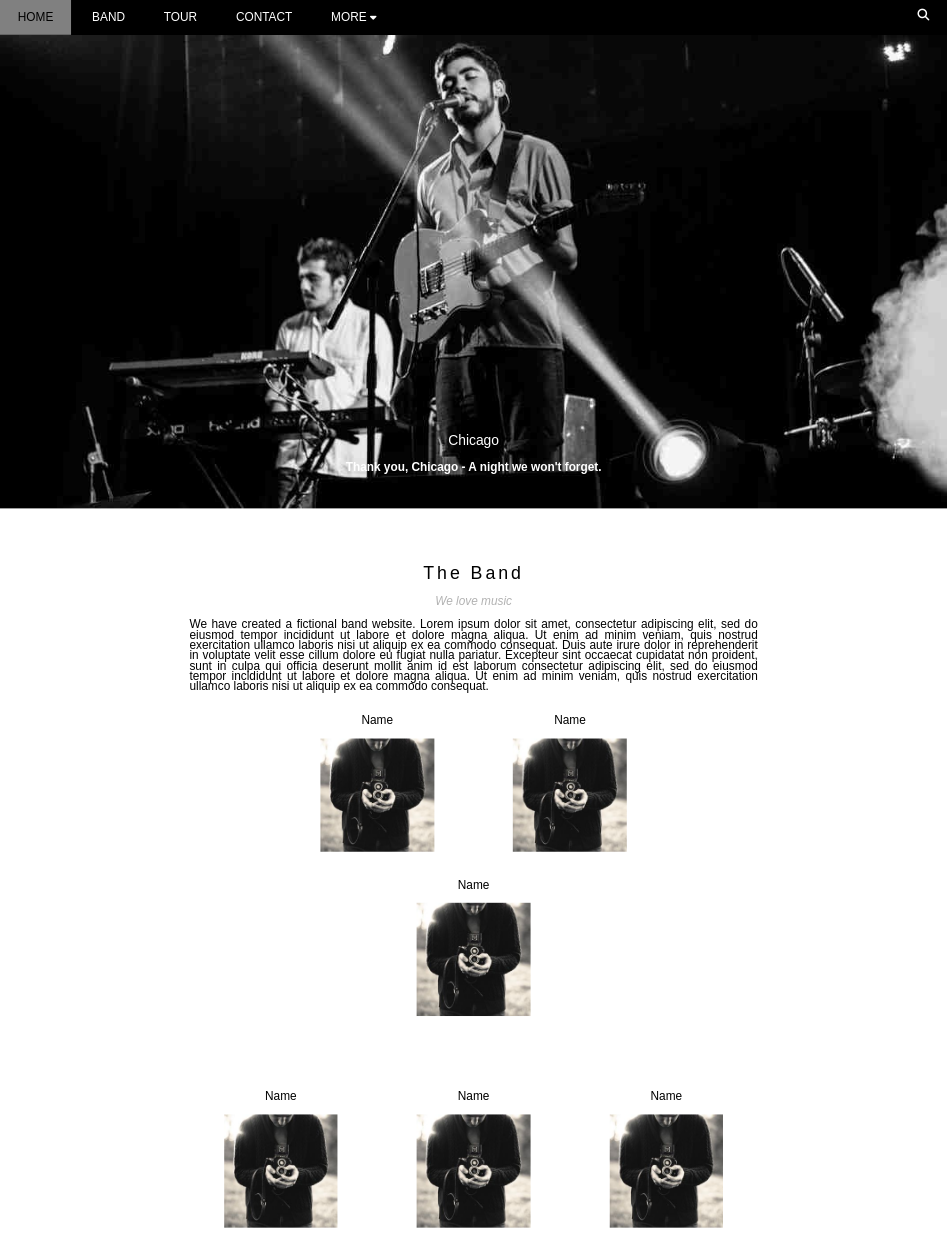
Repository: ngotranphuongbao/theband
Page: index.html
The author's editor kept a copy of each file at every save. The page is drawn from the files as they stood at one save, then again after the next save.
The browser window is 1280 px wide. The pictures show the whole page, at 74% of full size.
Some web libraries are served in a nearby version.

Above is the page before, as saved 2022-12-21 08:46:42.

After the next save:
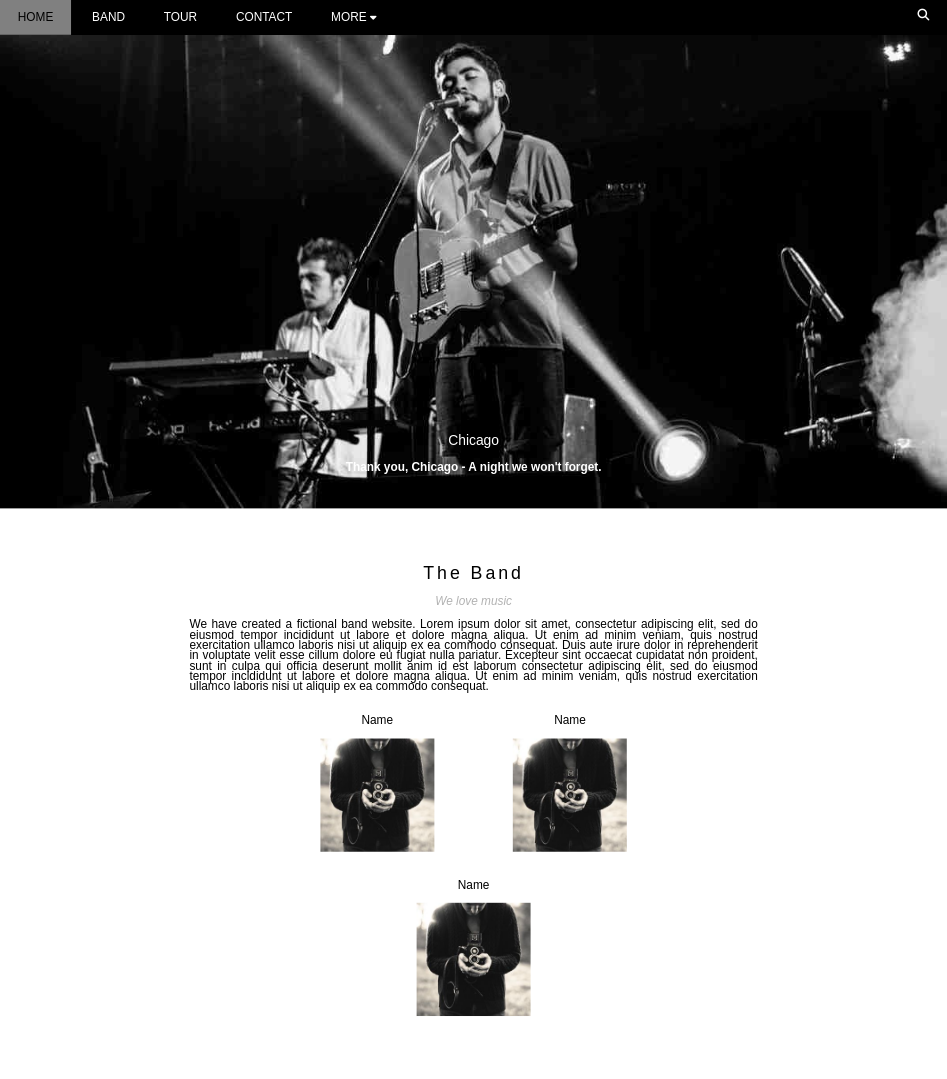
Saved 26 s later.
--- a/index.html
+++ b/index.html
@@ -66,22 +66,7 @@
                 </div>
             </div>
 
-            <div id="member">
-                <div class="member-info">
-                    <p class="member-name">Name</p>
-                    <img src="/assets/image/member/bandmember.jpg" alt="" class="member-photo">
-                </div>
 
-                <div class="member-info">
-                    <p class="member-name">Name</p>
-                    <img src="/assets/image/member/bandmember.jpg" alt="" class="member-photo">
-                </div>
-
-                <div class="member-info">
-                    <p class="member-name">Name</p>
-                    <img src="/assets/image/member/bandmember.jpg" alt="" class="member-photo">
-                </div>
-            </div>
 
             <div id="tour-dates">
 
